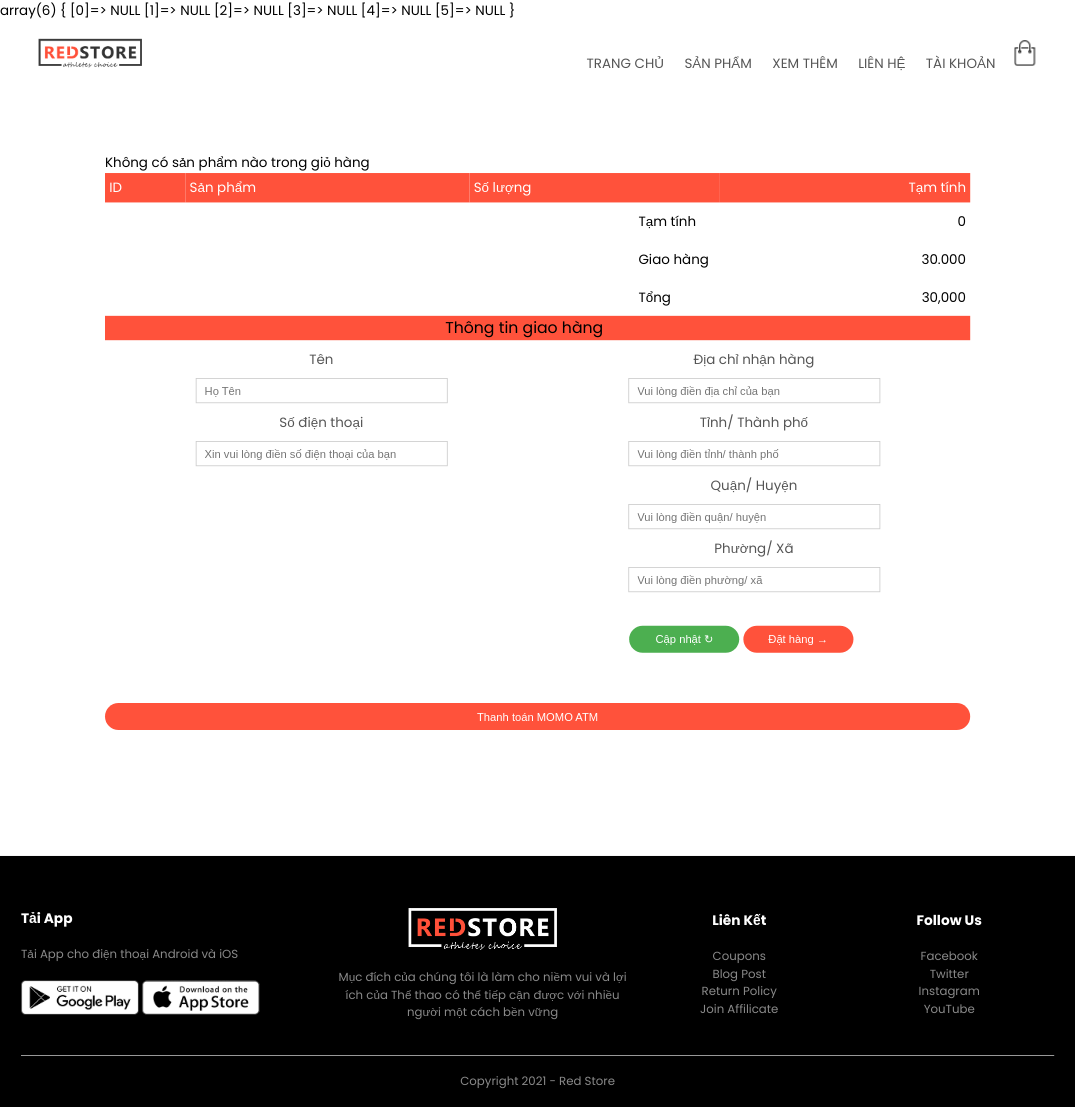
Repository: trongnk2001/RedStore
Page: http://localhost/RedStore/cart.php?action=submit
An editor plug-in stored every save of this project. The page is shown before and after the next save, followed by the edit.
The browser window is 1280 px wide. The pictures show the whole page, at 84% of full size.
Some web libraries are served in a nearby version. The page is run by PHP 8.4 with error messages shown; the project is at /var/www/html/.

Above is the page before, as saved 2022-06-05 10:54:51.

### cart.php
<?php
    session_start();
    include_once './Admin/connect.php';
    // thêm số luong
    // tru số luong
    // xoá sản phẩm
    // thêm sản phẩm vào giỏ hàng
    if(isset($_POST['themgiohang'])){
        $id = $_GET['productID'];
        $sl = $_POST['sl'];
        $sql_query = "SELECT * FROM product WHERE productID='".$id."'";
        $query = mysqli_query($links,$sql_query);
        $row = mysqli_fetch_array($query);
        if(isset($_SESSION['cart'])){
           $session_array_id = array_column($_SESSION['cart'],'id');


           if(!in_array($_GET['productID'],$session_array_id)){
            $session_array = array(
                'id' => $id,
                'soluong' => $sl,
                'price' => $row['price'],
                'name' => $row['name'],
                'img' => $row['img']
           );
            $_SESSION['cart'][] = $session_array;
           }
        }
         else{
             $session_array = array(
                 'id' => $id,
                 'soluong' => $sl,
                 'price' => $row['price'],
                 'name' => $row['name'],
                 'img' => $row['img']
             );
             $_SESSION['cart'][] = $session_array;
         }
     }

?>
<?php
                $error = false;
                $success = false;
                 if(isset($_GET['action'])){
                     $name = $_POST['name'];
                     $address = $_POST['address'];
                     $city = $_POST['city'];
                     $district = $_POST['district'];
                     $village = $_POST['village'];
                     $tel = $_POST['tel'];
                     $array_infor = array($name,$address,$city, $district, $village, $tel);
                     var_dump($array_infor);
                     switch($_GET['action']){
                         case "submit":
                            if(isset($_POST['update_click'])){
                                echo "Xin lỗi tính năng này chưa cập nhật";
                            }
                            elseif (isset($_POST['update_checkout'])){
                                     // echo '<pre>';
                                     // var_dump($_POST);
                                     // echo '</pre>';

                                    // echo '<pre>';

                                    // var_dump($_SESSION['cart'][$i]);
                                    // echo '</pre>';

                                // // var_dump($_POST["name"]) ;
                                 if (empty($_POST['name'])) {
                                     $error = "Bạn chưa nhập tên của người nhận";
                                 } elseif (empty($_POST['tel'])) {
                                     $error = "Bạn chưa nhập số điện thoại người nhận";
                                 } elseif (empty($_POST['address'])) {
                                     $error = "Bạn chưa nhập địa chỉ người nhận";
                                 }elseif (empty($_POST['city'])){
                                     $error = "Bạn chưa nhập thành phố !";
                                 }elseif (empty($_POST['district'])){
                                     $error = "Bạn chưa nhập quận/huyện !";
                                 }elseif (empty($_POST['village'])){
                                     $error = "Bạn chưa nhập xã/phuong !";
                                 }
                                 elseif (empty($_POST['soluong'])){
                                    $error = "Giỏ hàng rỗng";
                                }
                                $array_cart = array($_SESSION['cart']);
                                $array_cart += $array_infor;
                                if ($error == false && !empty($_POST['soluong'])) {
                                    $insertCus = mysqli_query($links, "INSERT INTO customer(cusID,name,adress,tel) VALUE ('','$name','$address.$village.$district.$city','$tel')");
                                    for($i = 0; $i < count($array_cart[0]); $i++){
                                        // echo '<pre>';
                                        // var_dump($array_cart[0][$i]);
                                        // echo '</pre>';


                                    $products = mysqli_query($links, "SELECT * FROM product WHERE productID = $array_cart[0][$i]['id']");
                                    $total = 0;
                                    $orderProducts = array();
                                    $row = mysqli_fetch_array($products);
                                    $orderProducts[] = $row;
                                    $total += $row['price'] * $_POST['soluong'];
                                    // $insertCus = mysqli_query($links, "INSERT INTO customer(cusID,name,adress,tel) VALUE ('','$name','$address.$village.$district.$city','$tel')");
                                    // $cusID = mysqli_query($links, "SELECT cusID FROM `customer` ORDER BY cusID DESC LIMIT 1");
                                    // sleep(5);
                                    // $add = mysqli_fetch_all($cusID);
                                    // var_dump($add[0]);
                                    $last_id = mysqli_insert_id($links);
                                    $mysqltime = date ("Y-m-d H:i:s", $phptime);
                                    $insertOrder = mysqli_query($links, "INSERT INTO `orderinf` (`orderID`, `customerID`, `total`, `orderDate`, `status`) VALUES ('', '$last_id', '$total', '$mysqltime', '1')");
                                    $last_order = mysqli_insert_id($links);
                                    $insertString = "";
                                    $gia = $_POST['giathanh'];
                                    $soluong = $_POST['soluong'];
                                    foreach ($orderProducts as $key => $product) {
                                        $insertString .= "('', '$last_order', '$row[0]', '$row[10]', '$soluong','$total')";
                                        if ($key != count($orderProducts) - 1) {
                                            $insertString .= ",";
                                        }
                                    }
                                    $insertOrderDetails = mysqli_query($links, "INSERT INTO `orderdetails` (`id`, `orderID`, `productID`, `price`, `quantity`, `total`) VALUES " . $insertString . ";");
                            }
                                    $success = "Đặt hàng thành công";
                                    $momo = "Thanh toán MOMO thành công";
                                    unset($_SESSION['cart']);
                        }
                                //  echo '<p style="text-align:center">'.$error.'</p>';


                    }
                    elseif (isset($_POST['momo'])){
                        foreach($_SESSION['cart'] as $key => $value){
                            $id_post = $_value['id'];
                        $products = mysqli_query($links, "SELECT * FROM product WHERE productID = $id_post");
                        $total = 0;
                        $orderProducts = array();
                        $row = mysqli_fetch_array($products);
                        $orderProducts[] = $row;
                        $total += $row['price'] * $_POST['soluong'];
                        $insertCus = mysqli_query($links, "INSERT INTO customer(cusID,name,adress,tel) VALUE ('','$name','$address.$village.$district.$city','$tel')");
                        // $cusID = mysqli_query($links, "SELECT cusID FROM `customer` ORDER BY cusID DESC LIMIT 1");
                        // sleep(5);
                        // $add = mysqli_fetch_all($cusID);
                        // var_dump($add[0]);
                        $last_id = mysqli_insert_id($links);
                        $mysqltime = date ("Y-m-d H:i:s", $phptime);
                        $insertOrder = mysqli_query($links, "INSERT INTO `orderinf` (`orderID`, `customerID`, `total`, `orderDate`, `status`) VALUES ('', '$last_id', '$total', '$mysqltime', '1')");
                        $last_order = mysqli_insert_id($links);
                        $insertString = "";
                        $gia = $_POST['giathanh'];
                        $soluong = $_POST['soluong'];
                        foreach ($orderProducts as $key => $product) {
                            $insertString .= "('', '$last_order', '$row[0]', '$row[10]', '$soluong','$total')";
                            if ($key != count($orderProducts) - 1) {
                                $insertString .= ",";
                            }
                        }
                        $insertOrderDetails = mysqli_query($links, "INSERT INTO `orderdetails` (`id`, `orderID`, `productID`, `price`, `quantity`, `total`) VALUES " . $insertString . ";");
                    }
                                    $momo = "Thanh toán MOMO thành công";
                                    unset($_SESSION['cart']);
                }


                }
        }
                if(isset($_GET['partnerCode'])){
                    $partnerCode = $_GET['partnerCode'];
                    $orderID = $_GET['orderID'];
                    $amount = $_GET['amount'];
                    $orderInfo = $_GET['orderInfo'];
                    $orderType = $_GET['orderType'];
                    $transId = $_GET['transId'];
                    $payType = $_GET['payType'];
                //insert database momo
                $insert_momo = "INSERT INTO tbl_momo(partner_code,order_id,amount,order_info,order_type,trans_id,pay_type)
                VALUE ('".$partnerCode."','".$orderID."','".$amount."','".$orderInfo."','".$orderType."','".$trans_id."','".$payType."')";
                $cart_query = mysqli_query($links,$insert_momo);



                    }
            ?>
<!DOCTYPE html>
<html lang="en">
<head>
    <meta charset="UTF-8">
    <meta name="viewport" content="width=device-width, initial-scale = 1.0">
    <meta http-equiv="X-UA-Compatible" content="IE=edge">
    <meta name="viewport" content="width=device-width, initial-scale=1.0">
    <link rel="stylesheet" href="./style.css">
    <link rel="preconnect" href="https://fonts.googleapis.com">
    <link rel="preconnect" href="https://fonts.gstatic.com" crossorigin>
    <link href="https://fonts.googleapis.com/css2?family=Poppins:wght@300;400;500;600;700&display=swap" rel="stylesheet">
    <script src="https://use.fontawesome.com/2defadb02e.js"></script>
    <title>Sản phẩm - Red Store - Nơi thể hiện cá tính của bạn</title>
</head>
<body>
        <div class="container">
            <div class="nav-bar">
                <div class="logo">
                    <img src="images/logo.png" alt="" width="125px">
                </div>
                <nav>
                    <ul id="MenuItems">
                        <li><a href="index.php">TRANG CHỦ</a></li>
                        <li><a href="products.php">SẢN PHẨM</a></li>
                        <li><a href="">XEM THÊM</a></li>
                        <li><a href="">LIÊN HỆ</a></li>
                        <li><a href="account.php">TÀI KHOẢN</a></li>
                    </ul>
                </nav>
                <a href="cart.php"><img src="images/cart.png" width="30px" height="30px" alt=""></a>
                <img src="images/menu.png" class="menu-icon" onclick="menutoggle()">
            </div>
        </div>
        <form action="cart.php?action=submit"  method="post">
        <!-- cart items details -->
        <div class="small-container cart-page">
            <table>
                <tr>
                    <th>ID</th>
                    <th>Sản phẩm</th>
                    <th>Số lượng</th>
                    <th>Tạm tính</th>
                </tr>
            <?php
                $total =0;
                if(!empty($_SESSION['cart'])){
                    foreach ($_SESSION['cart'] as $key => $value){
                        $rerult = substr($value['img'],3);
                            ?>

                                <tr>
                                    <td> <input name="id" type="text" value="<?php echo $value['id'] ?>" style="border: none;width: 30px ;"> </td>
                                    <td>
                                        <div class="cart-info">
                                            <?php echo ' <img src="'.$rerult.'"> '?>
                                            <div>
                                                <p name="ten"><?php echo $value['name'] ?></p>
                                                <small name="giathanh">Giá : <?php echo $value['price'] ?></small>
                                                <br>
                                                <a href="cart.php?remove=<?php echo $value['id'] ?>">Remove
                                                    <!-- <button style="color: #ff523b;font-size: 12px;border:none;background-color: #fff;cursor: pointer;">Remove</button> -->
                                                </a>
                                            </div>
                                        </div>
                                    </td>
                                    <td> <input name="soluong" type="number" value="<?php echo $value['soluong'] ?>" style="width: 40px;height: 30px;padding: 5px;"></td>
                                    <td><?php echo number_format( $value['soluong']*$value['price']) ?></td>
                                </tr>

                            <?php
                        $total = $total + $value['price'] * $value['soluong'];
                    }
                }
                else{
                    echo 'Không có sản phẩm nào trong giỏ hàng';
                }
            ?>
            <?php
                if(isset($_GET['remove'])){
                    $id = $_GET['remove'];
                    foreach($_SESSION['cart'] as $key => $value){
                        if($value['id'] == $id){
                            unset($_SESSION['cart'][$key]);
                        }
                        header('Location:cart.php');
                    }
                }

            ?>


            </table>

            <div class="total-price">
                <table>
                    <tr>
                        <td>Tạm tính</td>
                        <td><?php echo number_format($total) ?></td>
                    </tr>
                    <tr>
                        <td>Giao hàng</td>
                        <td>30.000</td>
                    </tr>
                    <tr>
                        <td>Tổng</td>
                        <td><?php echo number_format( $total + 30000)?></td>
                    </tr>
                </table>
            </div>
            <form action="">
            <div class="small-container" style="padding:0px 0px">
                <h3 style="padding: 0px 405px;background-color: #ff523b;">Thông tin giao hàng</h3>
                <?php if (!empty($error)) { ?>
                <div id="notify-msg" style="text-align: center; margin-top: 20px;font-weight: 600;">
                    <?= $error ?>
                </div>
            <?php } elseif (!empty($success)) { ?>
                <div id="notify-msg" style="text-align: center; margin-top: 20px;font-weight: 600;">
                    <?= $success ?>.
                </div>
            <?php } elseif(!empty($cart_query)) { ?>
                <div id="notify-msg" style="text-align: center; margin-top: 20px;font-weight: 600;">
                <?= $momo?>
                </div>
            <?php

        } ?>
                <div class="row" style="align-items: initial;">
                    <div class="col-2 inf" style="display: flex;align-items: center;flex-direction: column;">
                            <p>Tên</p>
                            <input type="text" name="name" placeholder="Họ Tên" style="width:300px">
                            <p>Số điện thoại</p>
                            <input type="text" name ="tel" placeholder="Xin vui lòng điền số điện thoại của bạn" style="width:300px">
                    </div>
                    <div class="col-2 inf" style="display: flex;align-items: center;flex-direction: column;">
                            <p>Địa chỉ nhận hàng</p>
                            <input type="text" name ="address" placeholder="Vui lòng điền địa chỉ của bạn">
                            <p>Tỉnh/ Thành phố</p>
                            <input type="text" name ="city" placeholder="Vui lòng điền tỉnh/ thành phố">
                            <p>Quận/ Huyện</p>
                            <input type="text" name ="district" placeholder="Vui lòng điền quận/ huyện">
                            <p>Phường/ Xã</p>
                            <input type="text" name = "village" placeholder="Vui lòng điền phường/ xã">
                        <div class="buy" style="text-align: center;margin-left: -30px;float:initial">
                        <input  type="submit" name="update_click" value="Cập nhật &#8635" style="display: inline-block;background: #4CAF50;color: #fff;padding: 8px 30px;margin: 30px 0;border-radius: 30px;transition: background 0.5s;border: none;cursor: pointer;height:32px;width:131px ;">
                        <input  type="submit" name="update_checkout" value="Đặt hàng &#8594" style="display: inline-block;background: #ff523b;color: #fff;padding: 8px 30px;margin: 30px 0;border-radius: 30px;transition: background 0.5s;border: none;cursor: pointer;height:32px;width:131px ;">
                        </div>
                    </div>
                </div>
            </div>
            </form>

            <form
            class="" method="POST" target="_blank" enctype="application/x-www-form-urlencoded"
                          action="xulithanhtoanmomo_atm.php?name=<?php echo $name?>">
                <input type="hidden" value="<?php echo number_format($total)?>" name ="total">
                <input
                style="display: inline-block;background: #ff523b;color: #fff;padding: 8px 30px;margin: 30px 0;border-radius: 30px;transition: background 0.5s;border: none;cursor: pointer;height:32px;width:100% ;"
                type="submit" name="momo" value="Thanh toán MOMO ATM">
            </form>

            <!-- <div class="buy">
                    <a href="checkout.php" class="btn" style="padding: 8px 20px;">Thanh toán &#8594;</a>
            </div> -->
        </div>
        </form>


    <!-- footer -->

    <div class="footer" style="margin-top: 120px;">
        <div class="container">
            <div class="row">
                <div class="footer-col-1">
                    <h3>Tải App</h3>
                    <p>Tải App cho điện thoại Android và iOS</p>
                    <div class="app-logo">
                        <img src="images/play-store.png">
                        <img src="images/app-store.png">
                    </div>
                </div>

                <div class="footer-col-2">
                    <img src="images/logo-white.png">
                    <p>Mục đích của chúng tôi là làm cho niềm vui và lợi
                        ích của Thể thao có thể tiếp cận được với nhiều
                        người một cách bền vững</p>
                </div>

                <div class="footer-col-3">
                    <h3>Liên Kết</h3>
                    <ul>
                        <li>Coupons</li>
                        <li>Blog Post</li>
                        <li>Return Policy</li>
                        <li>Join Affilicate</li>
                    </ul>
                </div>

                <div class="footer-col-4">
                    <h3>Follow Us</h3>
                    <ul>
                        <li>Facebook</li>
                        <li>Twitter</li>
                        <li>Instagram</li>
                        <li>YouTube</li>
                    </ul>
                </div>
            </div>
            <hr>
            <p class="copyright">Copyright 2021  - Red Store</p>
        </div>
    </div>

    <!-- JS for responsive -->

    <script>
        var MenuItems = document.getElementById("MenuItems")
        MenuItems.style.maxHeight = "0px";
        function menutoggle(){
            if(MenuItems.style.maxHeight == "0px"){
                MenuItems.style.maxHeight = "200px";
            }
            else{
                MenuItems.style.maxHeight = "0px";
            }
        }
    </script>
</body>
</html>

### Admin/connect.php
<?php
    error_reporting(0);
    $host = "localhost";
    $user = "root";
    $password = "";
    $datbase = "redstore";
    $links = mysqli_connect($host,$user,$password);
    mysqli_select_db($links, $datbase);
    mysqli_set_charset($links,"utf8");
?>

Loaded but not shown: style.css (590 lines, source omitted)

After the next save:
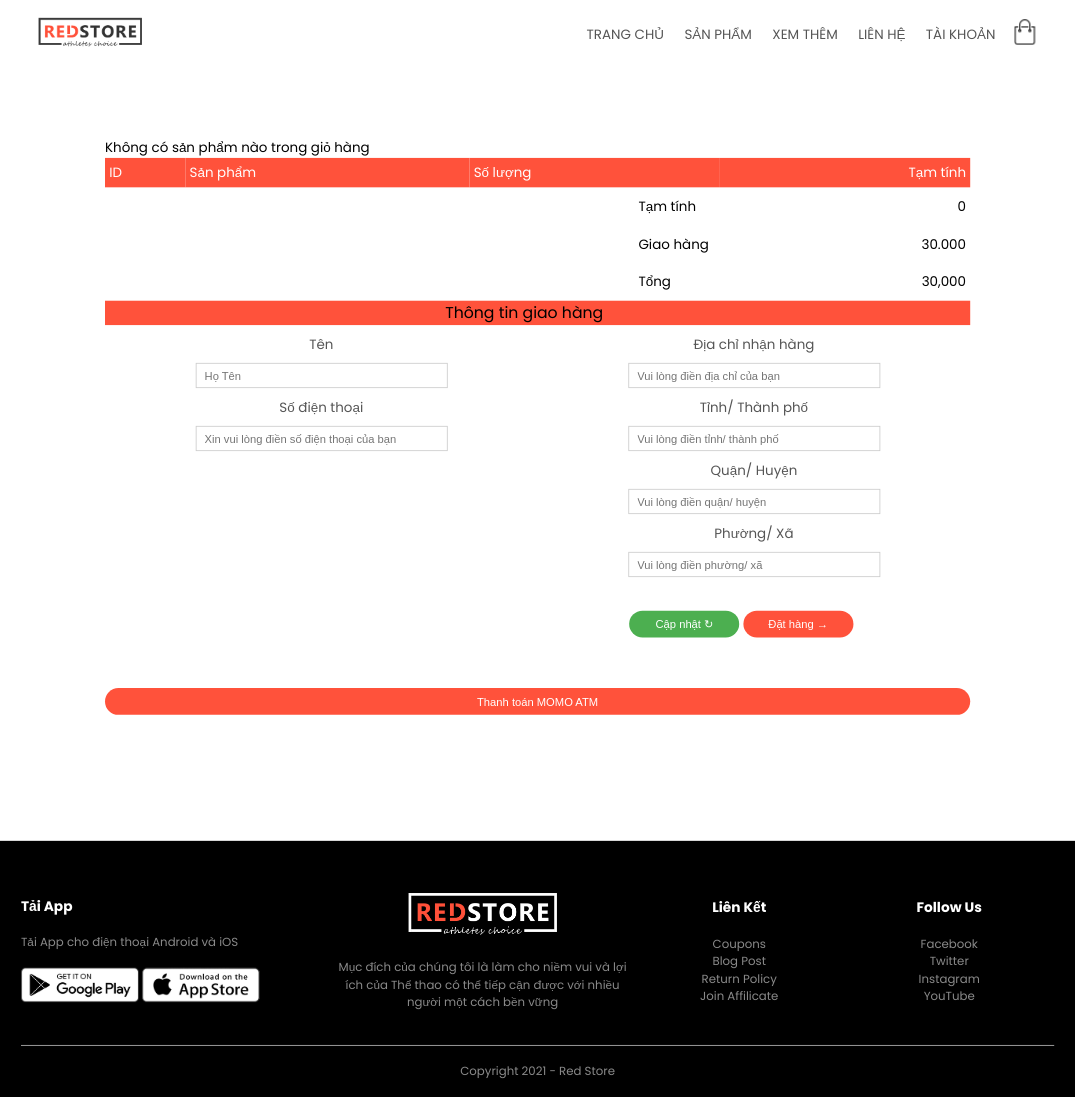
Saved 77 s later.
--- a/cart.php
+++ b/cart.php
@@ -50,7 +50,6 @@
                      $village = $_POST['village'];
                      $tel = $_POST['tel'];
                      $array_infor = array($name,$address,$city, $district, $village, $tel);
-                     var_dump($array_infor);
                      switch($_GET['action']){
                          case "submit":
                             if(isset($_POST['update_click'])){
